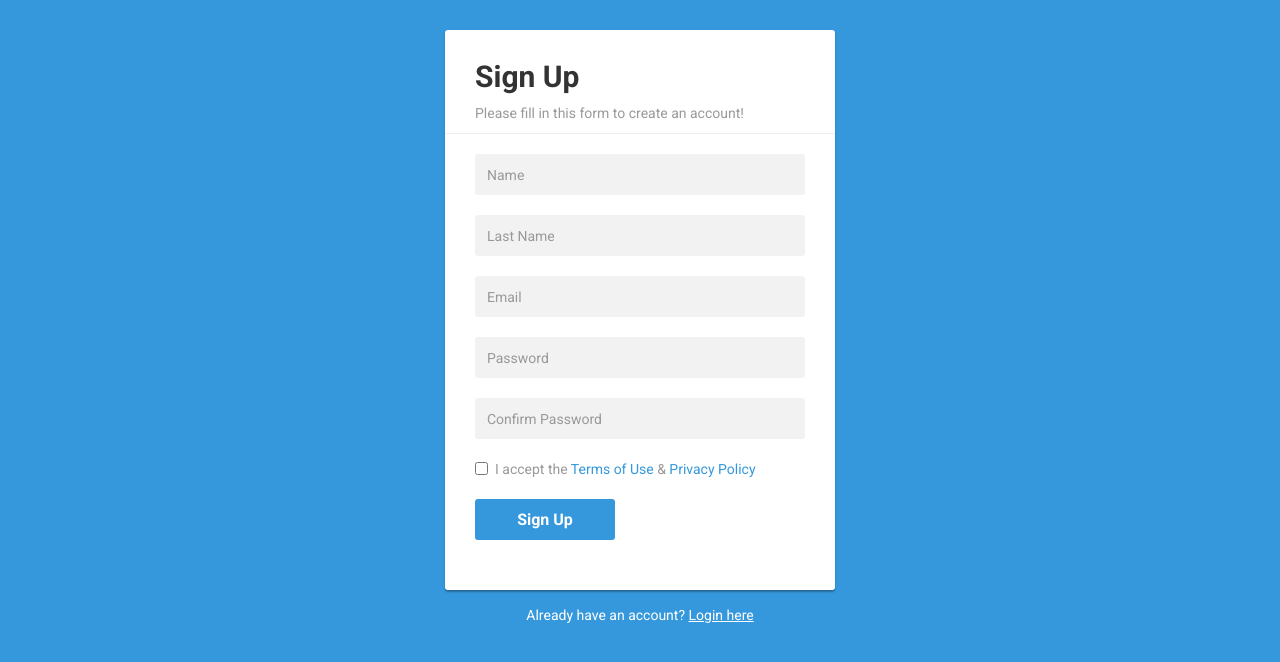
Repository: Rajat-Jain29/Java-Spring-Boot
Page: http://localhost/Registration/register.jsp
An editor plug-in stored every save of this project. The page is shown before and after the next save, followed by the edit.
The browser window is 1280 px wide. The pictures show the whole page.
The page is served by Tomcat 9. Other server files are loaded and not shown.

Above is the page before, as saved 2021-03-21 09:22:45.

### Registration/Registration/WebContent/register.jsp
<%@ page language="java" contentType="text/html; charset=ISO-8859-1"
    pageEncoding="ISO-8859-1"%>
<!DOCTYPE html PUBLIC "-//W3C//DTD HTML 4.01 Transitional//EN" "http://www.w3.org/TR/html4/loose.dtd">
<html lang="en">
<head>
<meta charset="utf-8">
<meta http-equiv="X-UA-Compatible" content="IE=edge">
<meta name="viewport" content="width=device-width, initial-scale=1">
<link href="https://fonts.googleapis.com/css?family=Roboto:400,700" rel="stylesheet">
<title>SIGN UP FORM</title>
<link rel="stylesheet" href="https://maxcdn.bootstrapcdn.com/bootstrap/3.3.7/css/bootstrap.min.css">
<script src="https://ajax.googleapis.com/ajax/libs/jquery/1.12.4/jquery.min.js"></script>
<script src="https://maxcdn.bootstrapcdn.com/bootstrap/3.3.7/js/bootstrap.min.js"></script>
<style>
	body {
		color: #fff;
		background: #3598dc;
		font-family: 'Roboto', sans-serif;
	}
    .form-control{
		height: 41px;
		background: #f2f2f2;
		box-shadow: none !important;
		border: none;
	}
	.form-control:focus{
		background: #e2e2e2;
	}
    .form-control, .btn{
        border-radius: 3px;
    }
	.signup-form{
		width: 390px;
		margin: 30px auto;
	}
	.signup-form form{
		color: #999;
		border-radius: 3px;
    	margin-bottom: 15px;
        background: #fff;
        box-shadow: 0px 2px 2px rgba(0, 0, 0, 0.3);
        padding: 30px;
    }
	.signup-form h2 {
		color: #333;
		font-weight: bold;
        margin-top: 0;
    }
    .signup-form hr {
        margin: 0 -30px 20px;
    }
	.signup-form .form-group{
		margin-bottom: 20px;
	}
	.signup-form input[type="checkbox"]{
		margin-top: 3px;
	}
	.signup-form .row div:first-child{
		padding-right: 10px;
	}
	.signup-form .row div:last-child{
		padding-left: 10px;
	}
    .signup-form .btn{
        font-size: 16px;
        font-weight: bold;
		background: #3598dc;
		border: none;
		min-width: 140px;
    }
	.signup-form .btn:hover, .signup-form .btn:focus{
		background: #2389cd !important;
        outline: none;
	}
    .signup-form a{
		color: #fff;
		text-decoration: underline;
	}
	.signup-form a:hover{
		text-decoration: none;
	}
	.signup-form form a{
		color: #3598dc;
		text-decoration: none;
	}
	.signup-form form a:hover{
		text-decoration: underline;
	}
    .signup-form .hint-text {
		padding-bottom: 15px;
		text-align: center;
    }
</style>
</head>
<body>
<div class="signup-form">
    <form action="/examples/actions/confirmation.php" method="post">
		<h2>Sign Up</h2>
		<p>Please fill in this form to create an account!</p>
		<hr>
        <div class="form-group">

				<input type="text" class="form-control" name="Name" placeholder="Name" required="required">


        </div>
        <div class="form-group">

			<input type="text" class="form-control" name="last_name" placeholder="Last Name" required="required">


        </div>

        <div class="form-group">
        	<input type="email" class="form-control" name="email" placeholder="Email" required="required">
        </div>
		<div class="form-group">
            <input type="password" class="form-control" name="password" placeholder="Password" required="required">
        </div>
		<div class="form-group">
            <input type="password" class="form-control" name="confirm_password" placeholder="Confirm Password" required="required">
        </div>
        <div class="form-group">
			<label class="checkbox-inline"><input type="checkbox" required="required"> I accept the <a href="#">Terms of Use</a> &amp; <a href="#">Privacy Policy</a></label>
		</div>
		<div class="form-group">
            <button type="submit" class="btn btn-primary btn-lg">Sign Up</button>
        </div>
    </form>
	<div class="hint-text">Already have an account? <a href="#">Login here</a></div>
</div>
</body>
</html>

After the next save:
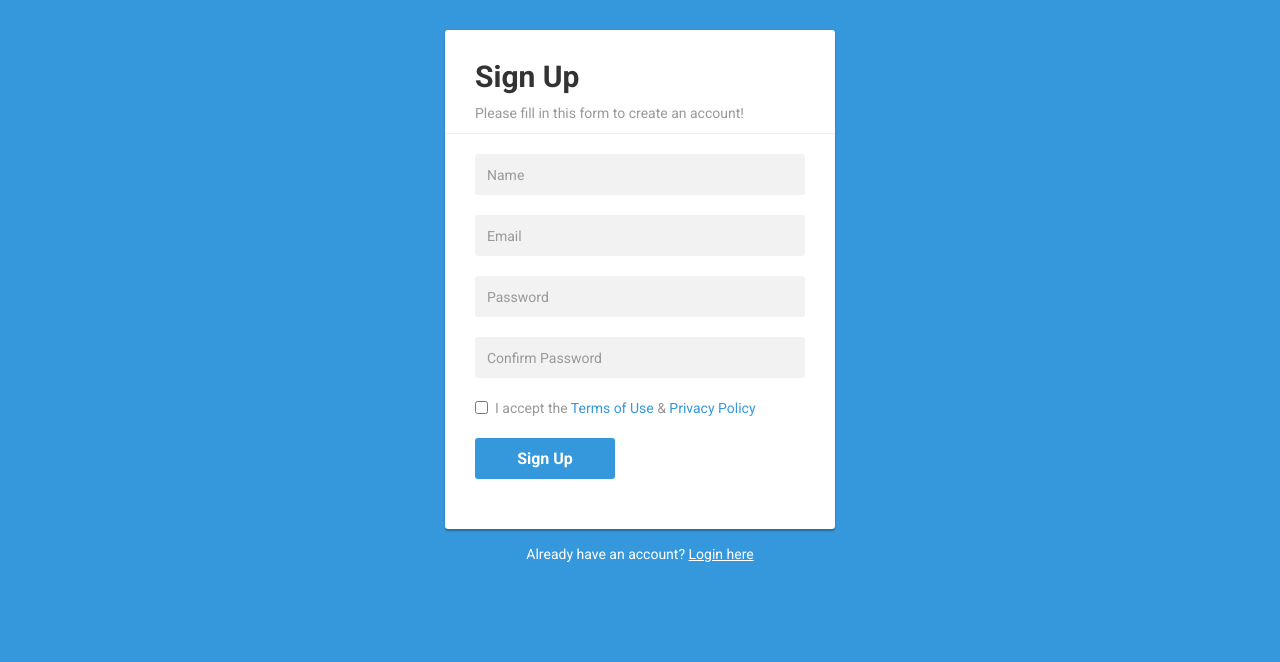
Saved 6 s later.
--- a/Registration/Registration/WebContent/register.jsp
+++ b/Registration/Registration/WebContent/register.jsp
@@ -104,12 +104,7 @@
 
 
         </div>
-        <div class="form-group">
 
-			<input type="text" class="form-control" name="last_name" placeholder="Last Name" required="required">
-
-
-        </div>
 
         <div class="form-group">
         	<input type="email" class="form-control" name="email" placeholder="Email" required="required">

After the save that followed:
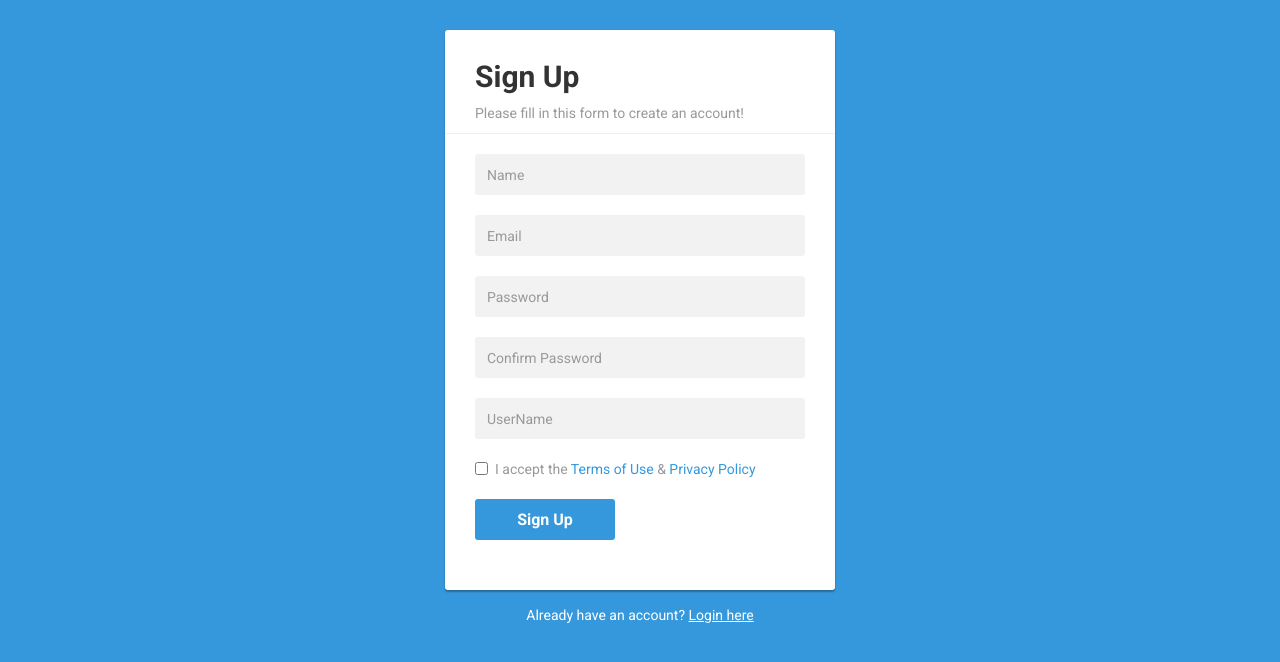
Saved 55 s later.
--- a/Registration/Registration/WebContent/register.jsp
+++ b/Registration/Registration/WebContent/register.jsp
@@ -106,6 +106,7 @@
         </div>
 
 
+
         <div class="form-group">
         	<input type="email" class="form-control" name="email" placeholder="Email" required="required">
         </div>
@@ -115,6 +116,13 @@
 		<div class="form-group">
             <input type="password" class="form-control" name="confirm_password" placeholder="Confirm Password" required="required">
         </div>
+        <div class="form-group">
+
+				<input type="text" class="form-control" name="username" placeholder="UserName" required="required">
+
+
+        </div>
+
         <div class="form-group">
 			<label class="checkbox-inline"><input type="checkbox" required="required"> I accept the <a href="#">Terms of Use</a> &amp; <a href="#">Privacy Policy</a></label>
 		</div>
